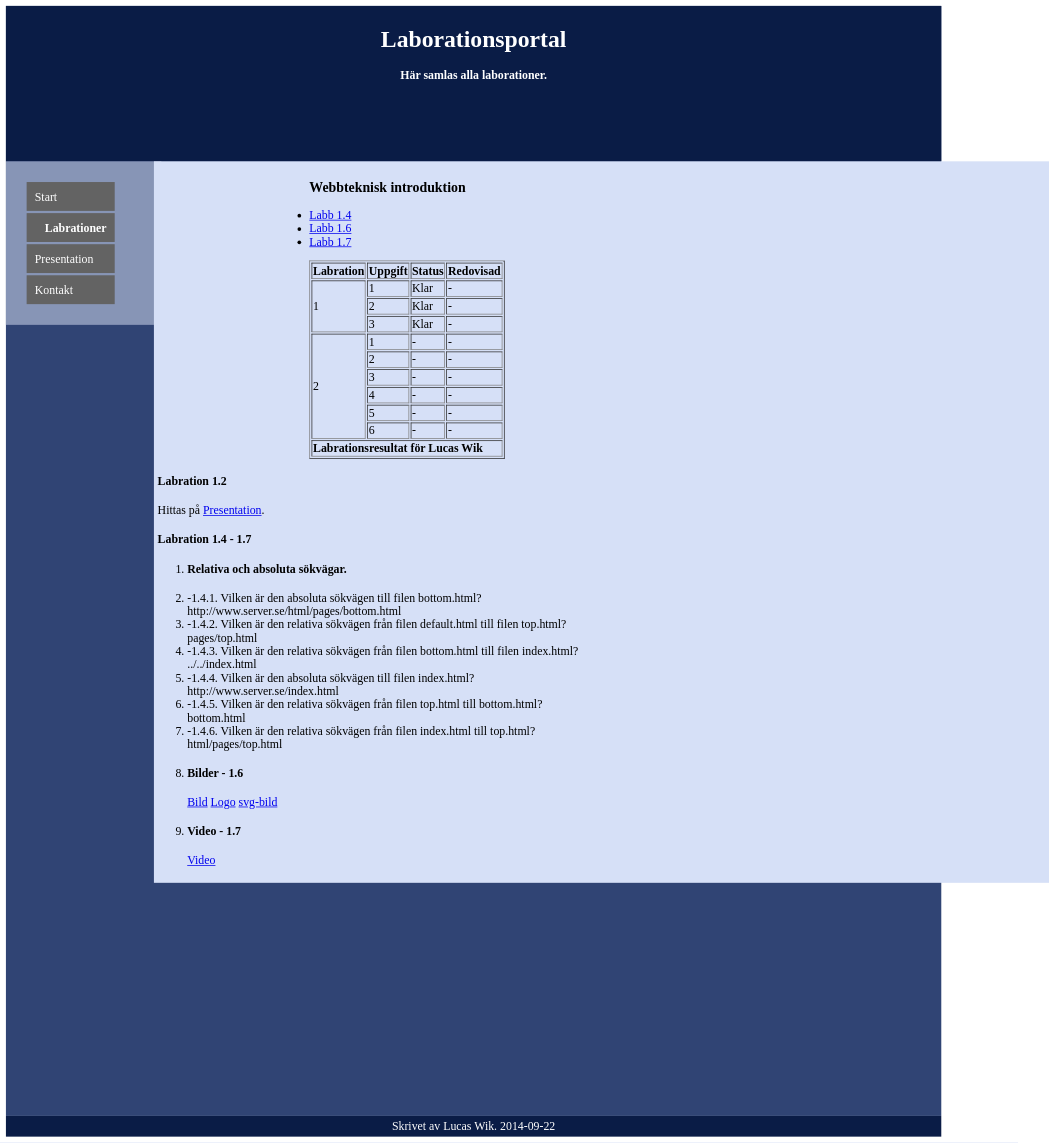
Repository: lw222gz/1ik415-laborationer
Page: Pages/labrationer.html
The author's editor kept a record of every edit. The page is drawn from the files as they stood at one moment, then again after the next edit.
The browser window is 1280 px wide. The page is 1418 px wide, so the pictures cover 1418 px, including what lies to the right of the window. The pictures show the whole page, at 74% of full size.

Above is the page before.

### Pages/labrationer.html
<!doctype html>
<html lang="sv">
    <head>
        <meta charset="utf-8" />
        <link rel="stylesheet" href="../Css/Style.css" />
        <title>labrationer</title>
    </head>
<body>
<div id="container">
<div id="header">
<h1>Laborationsportal</h1>

<strong>Här samlas alla laborationer.</strong>
</div>

<div id="navigator">
<ul>
    <li><a href="../index.html">Start</a></li>
    <li class="active"><a href="labrationer.html">Labrationer</a></li>
    <li><a href="presentation.html">Presentation</a></li>
    <li><a href="kontakt.html">Kontakt</a></li>
</ul>
</div>

<div id="content">
<h3>Webbteknisk introduktion</h3>
<ul>
    <li><a href="#1.4">Labb 1.4</a></li>
    <li><a href="#1.6">Labb 1.6</a></li>
    <li><a href="#1.7">Labb 1.7</a></li>
</ul>

<table border="1">
    <thead>
    <tr>
        <th>Labration</th>
        <th>Uppgift</th>
        <th>Status</th>
        <th>Redovisad</th>
    </tr>
    </thead>

    <tfoot>
    <tr>
        <th colspan="4">Labrationsresultat för Lucas Wik</th>
    </tr>
    </tfoot>

    <tbody>
    <tr>
    <td rowspan="3">1</td>
        <td>1</td>
        <td>Klar</td>
        <td>-</td>
    </tr>
    <tr>
        <td>2</td>
        <td>Klar</td>
        <td>-</td>
    </tr>
    <tr>
        <td>3</td>
        <td>Klar</td>
        <td>-</td>
    </tr>
    <tr>
        <td rowspan="6">2</td>
        <td>1</td>
        <td>-</td>
        <td>-</td>
    </tr>
    <tr>
        <td>2</td>
        <td>-</td>
        <td>-</td>
    </tr>
    <tr>
        <td>3</td>
        <td>-</td>
        <td>-</td>
    </tr>
    <tr>
        <td>4</td>
        <td>-</td>
        <td>-</td>
    </tr>
    <tr>
        <td>5</td>
        <td>-</td>
        <td>-</td>
    </tr>
    <tr>
        <td>6</td>
        <td>-</td>
        <td>-</td>
    </tr>
    </tbody>

</table>


<h4>Labration 1.2</h4>
Hittas på <a href="presentation.html">Presentation</a>.



<h4>Labration 1.4 - 1.7</h4>
<ol>
    <li><a id="1.4"></a><h4>Relativa och absoluta sökvägar.</h4>
        <li>-1.4.1. Vilken är den absoluta sökvägen till filen bottom.html?<br />
                http://www.server.se/html/pages/bottom.html</li>

        <li>-1.4.2. Vilken är den relativa sökvägen från filen default.html till filen top.html?<br />
                pages/top.html</li>

        <li>-1.4.3. Vilken är den relativa sökvägen från filen bottom.html till filen index.html?<br />
                ../../index.html</li>

        <li>-1.4.4. Vilken är den absoluta sökvägen till filen index.html?<br />
                http://www.server.se/index.html</li>

        <li>-1.4.5. Vilken är den relativa sökvägen från filen top.html till bottom.html?<br />
                bottom.html</li>

        <li>-1.4.6. Vilken är den relativa sökvägen från filen index.html till top.html?<br />
                html/pages/top.html</li>


    <li><a id="1.6"></a><h4>Bilder - 1.6</h4>
        <a href="presentation.html#bild">Bild</a>
        <a href="../Pics/get%20rekt.png">Logo</a>
        <a href="../index.html#grsm">svg-bild</a>
    </li>
    <li><a id="1.7"></a><h4>Video - 1.7</h4>
        <a href="https://1ik415-laborationer-c9-lw222gz_1.c9.io/Videos/index.html#Video">Video</a>
    </li>
</ol>
</div>
</div>
<div id="footer">
    Skrivet av Lucas Wik. 2014-09-22
</div>
</body>
</html>

### Css/Style.css
#header {
        background-color:#0A1C46;
        color:white;
        height:200px;
        text-align:center;
        padding:5px;
        }

#navigator        {
        margin:0px;
        float:left;
        width:200px;
        height:auto;
        background-color:#8795B6;
        color:black;
        padding:5px;
        }

#container
        {
        background-color:#304474;
        height:1500px;
        }

#content
        {
        margin:0px;
        position:relative;left:200px;right:200px;
        width:1200px;
        text-align:left;
        background-color:#D6E0F7;
        padding:5px;
        }
#footer
        {
        text-align:center;
        background-color:#0A1C46;
        color:white;
        padding:5px;
        }

#horizontal
        {
                height:1px;
                width:100%;
                margin-top:5px;
                margin-bottom:5px;
                background-color:black;
        }


#navigator ul
        {
                margin:10px;
                padding:10px;
                width:125px;
                list-style-type:none;
        }

#navigator ul li a
        {
                text-decoration: none;
                color:white;
                margin:3px;
                padding:10.5px 11px;
                background-color:#636363;
                display:block;
        }

#navigator ul li a:visited
        {
         color:#0944CA;
        }

#navigator ul li a:hover, navigator ul li .current
        {
         color:white;
         background-color:#1C1D1F;
        }

.active
{
     font-weight:bold;
     text-align:right;
}

After the next edit:
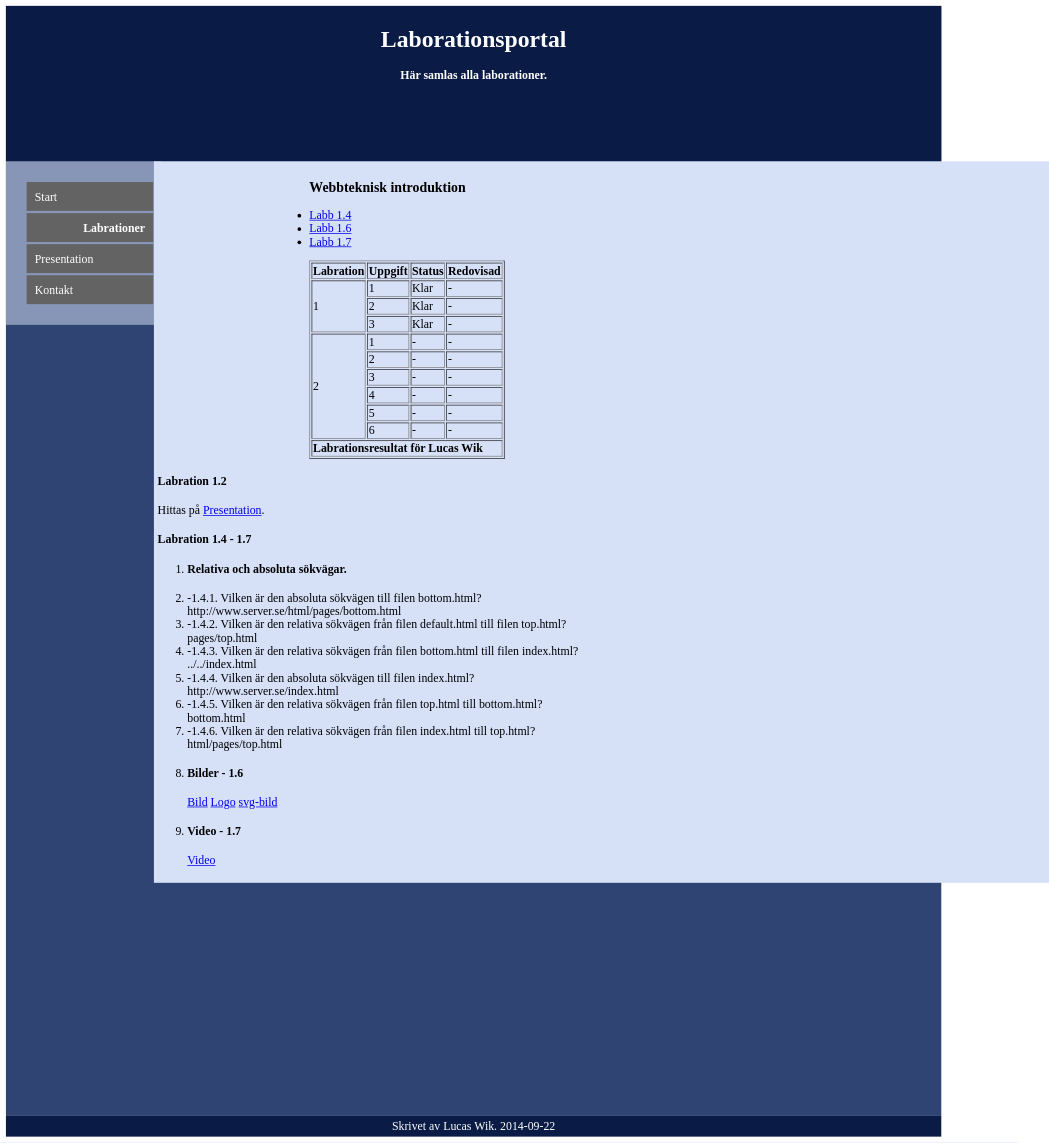
The edit:
--- a/Css/Style.css
+++ b/Css/Style.css
@@ -53,7 +53,7 @@
         {
                 margin:10px;
                 padding:10px;
-                width:125px;
+                width:177px;
                 list-style-type:none;
         }
 
